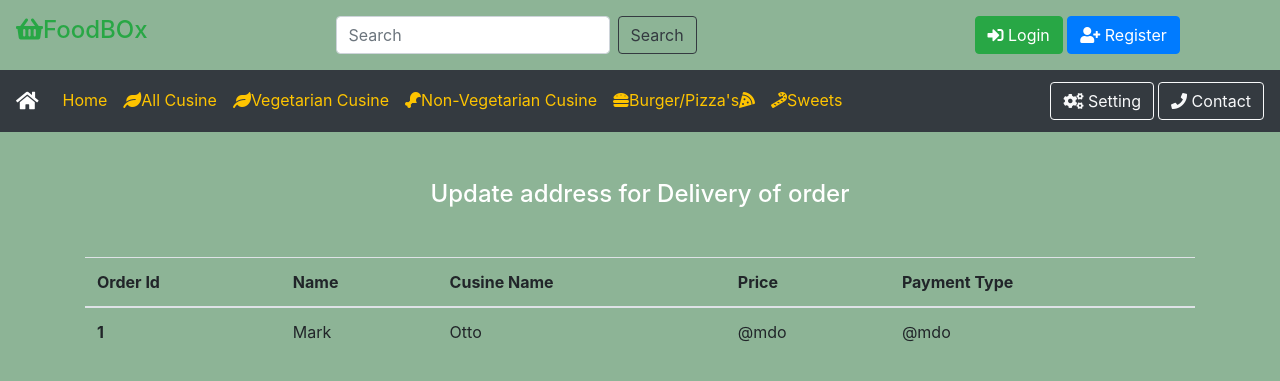
Repository: debjaniprofessional32/Capstone-Final-FoodBox-Delivery-Project
Page: http://localhost/OnlinFoodBOX/order.jsp
These files come from the project's save history. The page is drawn as it stood at one moment and after the next save; the edit follows.
The browser window is 1280 px wide. The pictures show the whole page.
Some web libraries are served in a nearby version. The page is served by Tomcat 9. Other server files are loaded and not shown.

Above is the page before, as saved 2022-12-23 12:44:01.

### OnlinFoodBOX/src/main/webapp/order.jsp
<%@ page language="java" contentType="text/html; charset=ISO-8859-1"
    pageEncoding="ISO-8859-1"%>
<!DOCTYPE html>
<html>
<head>
<meta charset="ISO-8859-1">
<title>order</title>
<%@include file="all_Component/allCss.jsp"%>
<link rel="stylesheet" href="all_Component/style.css">
</head>
<body style="background-color:#8DB496 ">
<%@include file="all_Component/navbar.jsp"%>
<div class="container mt-5">
<h4 class="text-center text-white">Update address for Delivery of order</h4>
<table class="table table-hover mt-5">
  <thead>
    <tr>
      <th scope="col">Order Id</th>
      <th scope="col">Name</th>
      <th scope="col">Cusine Name</th>
      <th scope="col">Price</th>
      <th scope="col">Payment Type</th>
    </tr>
  </thead>
  <tbody>
    <tr>
      <th scope="row">1</th>
      <td>Mark</td>
      <td>Otto</td>
      <td>@mdo</td>
      <td>@mdo</td>
    </tr>


  </tbody>
</table>


</div>
</body>
</html>

### OnlinFoodBOX/src/main/webapp/all_Component/allCss.jsp
<link rel="stylesheet"
	href="https://cdn.jsdelivr.net/npm/bootstrap@4.0.0/dist/css/bootstrap.min.css"
	integrity="sha384-Gn5384xqQ1aoWXA+058RXPxPg6fy4IWvTNh0E263XmFcJlSAwiGgFAW/dAiS6JXm"
	crossorigin="anonymous">
<script src="https://code.jquery.com/jquery-3.2.1.slim.min.js"
	integrity="sha384-KJ3o2DKtIkvYIK3UENzmM7KCkRr/rE9/Qpg6aAZGJwFDMVNA/GpGFF93hXpG5KkN"
	crossorigin="anonymous"></script>
<script
	src="https://cdn.jsdelivr.net/npm/popper.js@1.12.9/dist/umd/popper.min.js"
	integrity="sha384-ApNbgh9B+Y1QKtv3Rn7W3mgPxhU9K/ScQsAP7hUibX39j7fakFPskvXusvfa0b4Q"
	crossorigin="anonymous"></script>
<script
	src="https://cdn.jsdelivr.net/npm/bootstrap@4.0.0/dist/js/bootstrap.min.js"
	integrity="sha384-JZR6Spejh4U02d8jOt6vLEHfe/JQGiRRSQQxSfFWpi1MquVdAyjUar5+76PVCmYl"
	crossorigin="anonymous"></script>
<link rel="stylesheet"
	href="https://cdnjs.cloudflare.com/ajax/libs/font-awesome/5.15.3/css/all.min.css"
	integrity="sha512-iBBXm8fW90+nuLcSKlbmrPcLa0OT92xO1BIsZ+ywDWZCvqsWgccV3gFoRBv0z+8dLJgyAHIhR35VZc2oM/gI1w=="
	crossorigin="anonymous" referrerpolicy="no-referrer" />

### OnlinFoodBOX/src/main/webapp/all_Component/navbar.jsp
 <%@ taglib prefix="c" uri="http://java.sun.com/jsp/jstl/core" %>
 <%@ page isELIgnored = "false" %>
 <style type="text/css">
 .navbar {
     background: #000000
 }

 .nav-item::after {
     content: '';
     display: block;
     width: 0px;
     height: 2px;
     background: #fec400;
     transition: 0.4s
 }

 .nav-item:hover::after {
     width: 100%
 }

 .navbar-dark .navbar-nav .active>.nav-link,
 .navbar-dark .navbar-nav .nav-link.active,
 .navbar-dark .navbar-nav .nav-link.show,
 .navbar-dark .navbar-nav .show>.nav-link,
 .navbar-dark .navbar-nav .nav-link:focus,
 .navbar-dark .navbar-nav .nav-link:hover {
     color: #fec400
 }

 .nav-link {
     padding: 10px 5px;
     transition: 0.2s
 }

 body{
     background-color:grey;
 }
</style>
<div class="container-fluid p-3">
	<div class="row">

		<div class="col-md-3 text-success">

<h4><i class='fa fa-shopping-basket'></i>FoodBOx</h4>
		</div>

		<div class="col-md-6">
			<form class="form-inline my-2 my-lg-0">
				<input class="form-control mr-sm-2" type="search"
					placeholder="Search" aria-label="Search">
				<button class="btn btn-outline-dark my-2 my-sm-0" type="submit">Search</button>
			</form>
		</div>
		<c:if test="${not empty userobj}">
		<div class="col-md-3">
		    <a href="checkout.jsp" class="mt-6"><i class='fas fa-cart-plus fa-2x '></i></a>
			<a href="login.jsp" class="btn btn-success"><i class='fas fa-user-plus'></i>&nbsp;${userobj.name}</a>
			<a href="logout" class="btn btn-primary "><i class='fas fa-sign-in-alt'></i>&nbsp;Logout</a>
		</div>

		</c:if>
		<c:if test="${empty userobj}">
		<div class="col-md-3">
			<a href="login.jsp" class="btn btn-success"><i class='fas fa-sign-in-alt'></i>&nbsp;Login</a>
			<a href="rejister.jsp" class="btn btn-primary "><i class='fas fa-user-plus'></i>&nbsp;Register</a>
		</div>

		</c:if>

	</div>



</div>


<nav class="navbar navbar-expand-lg navbar-dark bg-dark">
  <a class="navbar-brand " href="#"><i class="fas fa-home"></i></a>
  <button class="navbar-toggler" type="button" data-toggle="collapse" data-target="#navbarSupportedContent" aria-controls="navbarSupportedContent" aria-expanded="false" aria-label="Toggle navigation">
    <span class="navbar-toggler-icon"></span>
  </button>

  <div class="collapse navbar-collapse" id="navbarSupportedContent">
    <ul class="navbar-nav mr-auto">
      <li class="nav-item active "><a class="nav-link " href="index.jsp">Home <span class="sr-only">(current)</span></a></li>
      <li class="nav-item active"><a class="nav-link" href="all_veg.jsp"><i class="fa fa-leaf"></i>All Cusine</a></li>
      <li class="nav-item active"><a class="nav-link" href="all_veg1.jsp"><i class="fa fa-leaf"></i>Vegetarian Cusine</a></li>
      <li class="nav-item active"><a class="nav-link " href="all_nonveg.jsp"><i class='fas fa-drumstick-bite'></i>Non-Vegetarian Cusine</a></li>
      <li class="nav-item active"><a class="nav-link " href="all_Bpizza.jsp"><i class='fas fa-hamburger'></i>Burger/Pizza's<i class='fas fa-pizza-slice'></i></a></li>
      <li class="nav-item active"><a class="nav-link " href="all_sweet.jsp"><i class='fas fa-candy-cane'></i>Sweets</a></li>
    </ul>
    <form class="form-inline my-2 my-lg-0">
     <a class="btn btn-outline-light my-2 my-sm-0" href="setting.jsp" class="outline-light"><i class='fa fa-cogs '></i>&nbsp;Setting</a>
      <button class="btn btn-outline-light my-2 my-sm-0 ml-1" type="submit"><i class='fa fa-phone'></i>&nbsp;Contact</button>
    </form>
  </div>
</nav>

### OnlinFoodBOX/src/main/webapp/all_Component/style.css
 .navbar-nav active .nav-link:hover {

    background-color:#b2ff59;
    text-color:#000000;
    border-radius:10px;
}
.navbar-item:hover {


    text-color:#000000;

}

.carousel {
  width:auto;
  height:400px;
}

After the next save:
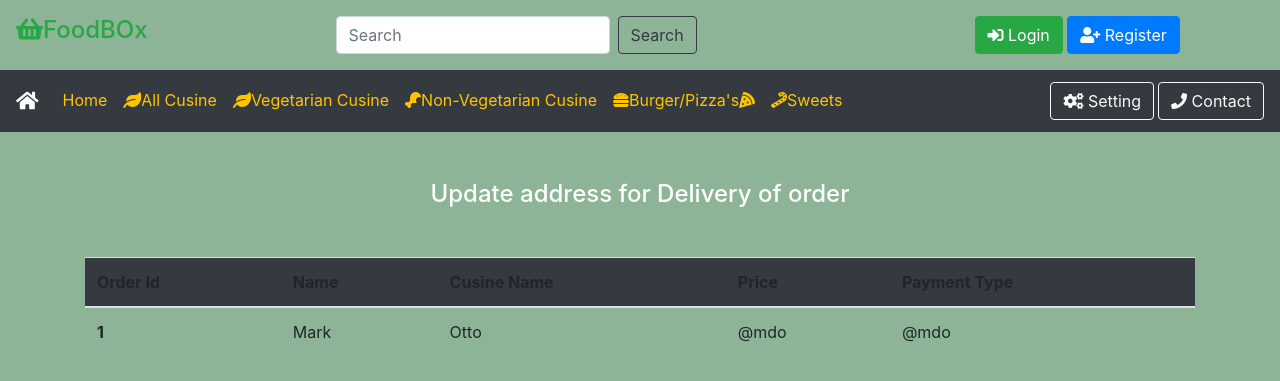
Saved 54 s later.
--- a/OnlinFoodBOX/src/main/webapp/order.jsp
+++ b/OnlinFoodBOX/src/main/webapp/order.jsp
@@ -13,7 +13,7 @@
 <div class="container mt-5">
 <h4 class="text-center text-white">Update address for Delivery of order</h4>
 <table class="table table-hover mt-5">
-  <thead>
+  <thead class="bg-dark">
     <tr>
       <th scope="col">Order Id</th>
       <th scope="col">Name</th>
